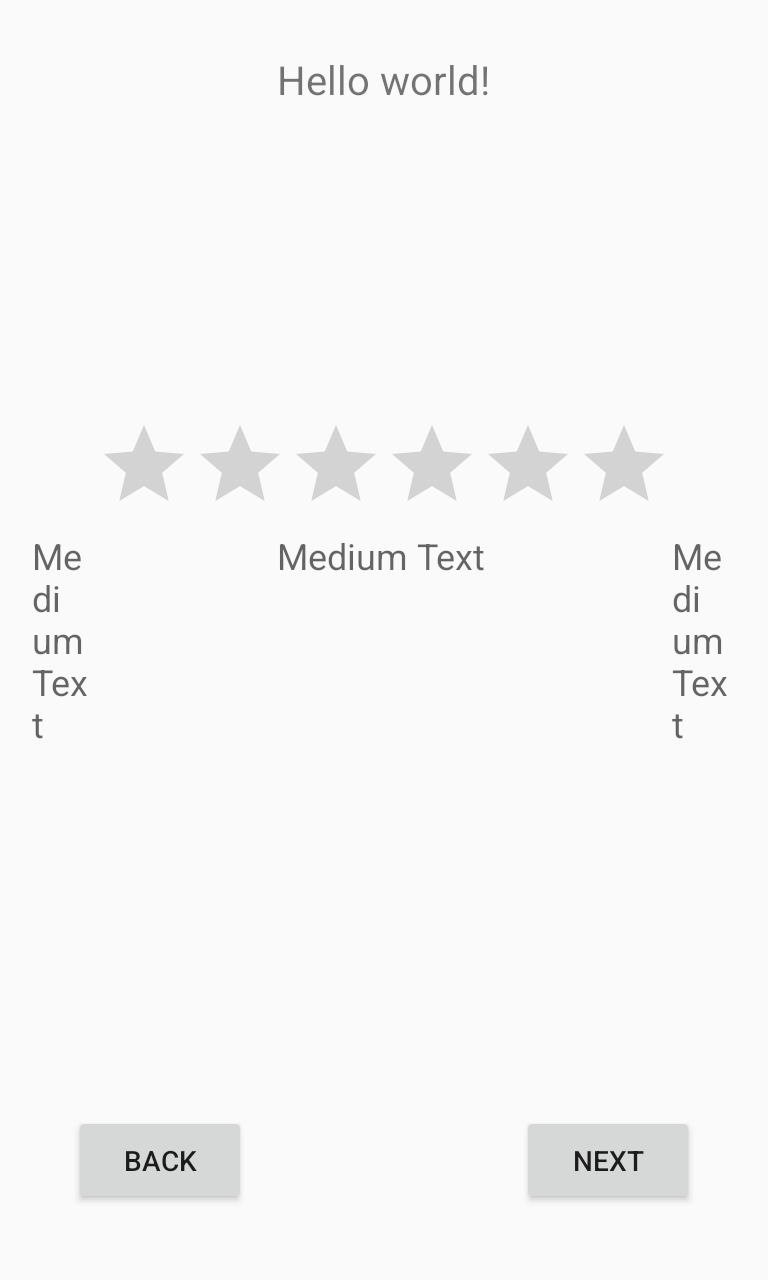
Repository: stevelyall/ERapp
Layout: ERsurvey/res/layout/activity_survey.xml
These files come from the project's save history. The layout is drawn as it stood at one moment and after the next save; the edit follows.
It is drawn on a 768 x 1280 px phone screen (xhdpi) without system bars, with theme AppTheme; the app's code is not run.

Above is the layout before, as saved 2014-10-25 06:43:50.

### ERsurvey/res/layout/activity_survey.xml
<RelativeLayout xmlns:android="http://schemas.android.com/apk/res/android"
    xmlns:tools="http://schemas.android.com/tools"
    android:layout_width="match_parent"
    android:layout_height="match_parent"
    android:paddingBottom="@dimen/activity_vertical_margin"
    android:paddingLeft="@dimen/activity_horizontal_margin"
    android:paddingRight="@dimen/activity_horizontal_margin"
    android:paddingTop="@dimen/activity_vertical_margin"
    tools:context="ca.stevenlyall.ersurvey.MainActivity" >

    <Button
        android:id="@+id/backButton"
        android:layout_width="wrap_content"
        android:layout_height="wrap_content"
        android:layout_alignParentBottom="true"
        android:layout_alignParentLeft="true"
        android:layout_marginBottom="20dp"
        android:layout_marginLeft="20dp"
        android:text="@string/back" />

    <Button
        android:id="@+id/nextButton"
        android:layout_width="wrap_content"
        android:layout_height="wrap_content"
        android:layout_alignBaseline="@id/backButton"
        android:layout_alignBottom="@id/backButton"
        android:layout_alignParentRight="true"
        android:layout_marginRight="20dp"
        android:text="@string/next" />

    <RatingBar
        android:id="@+id/rating"
        android:layout_width="wrap_content"
        android:layout_height="wrap_content"
        android:layout_above="@+id/lowDesc"
        android:layout_centerHorizontal="true"
        android:indeterminate="false"
        android:numStars="6"
        android:stepSize="1.0" />

    <TextView
        android:id="@+id/highDesc"
        android:layout_width="wrap_content"
        android:layout_height="wrap_content"
        android:layout_below="@+id/rating"
        android:layout_toRightOf="@+id/rating"
        android:text="Medium Text"
        android:textAppearance="?android:attr/textAppearanceMedium" />

    <TextView
        android:id="@+id/lowDesc"
        android:layout_width="wrap_content"
        android:layout_height="wrap_content"
        android:layout_centerVertical="true"
        android:layout_toLeftOf="@+id/rating"
        android:text="Medium Text"
        android:textAppearance="?android:attr/textAppearanceMedium" />

    <TextView
        android:id="@+id/medDesc"
        android:layout_width="wrap_content"
        android:layout_height="wrap_content"
        android:layout_alignLeft="@+id/questionTextView"
        android:layout_below="@+id/rating"
        android:text="Medium Text"
        android:textAppearance="?android:attr/textAppearanceMedium" />

    <TextView
        android:id="@+id/questionTextView"
        android:layout_width="wrap_content"
        android:layout_height="wrap_content"
        android:layout_alignParentTop="true"
        android:layout_centerHorizontal="true"
        android:layout_marginTop="10dp"
        android:gravity="center_horizontal"
        android:text="@string/hello_world"
        android:textSize="20sp" />

</RelativeLayout>

### ERsurvey/res/values/strings.xml
<?xml version="1.0" encoding="utf-8"?>
<resources>

    <string name="app_name">ERsurvey</string>
    <string name="hello_world">Hello world!</string>
    <string name="action_settings">Settings</string>
    <string name="back">Back</string>
    <string name="next">Next</string>

</resources>

Loaded but not shown: ERsurvey/res/values/styles.xml (common file); ERsurvey/res/values-v11/styles.xml (common file); ERsurvey/res/values-v14/styles.xml (common file); ERsurvey/res/values/dimens.xml (common file); ERsurvey/res/values-w820dp/dimens.xml (common file)

After the next save:
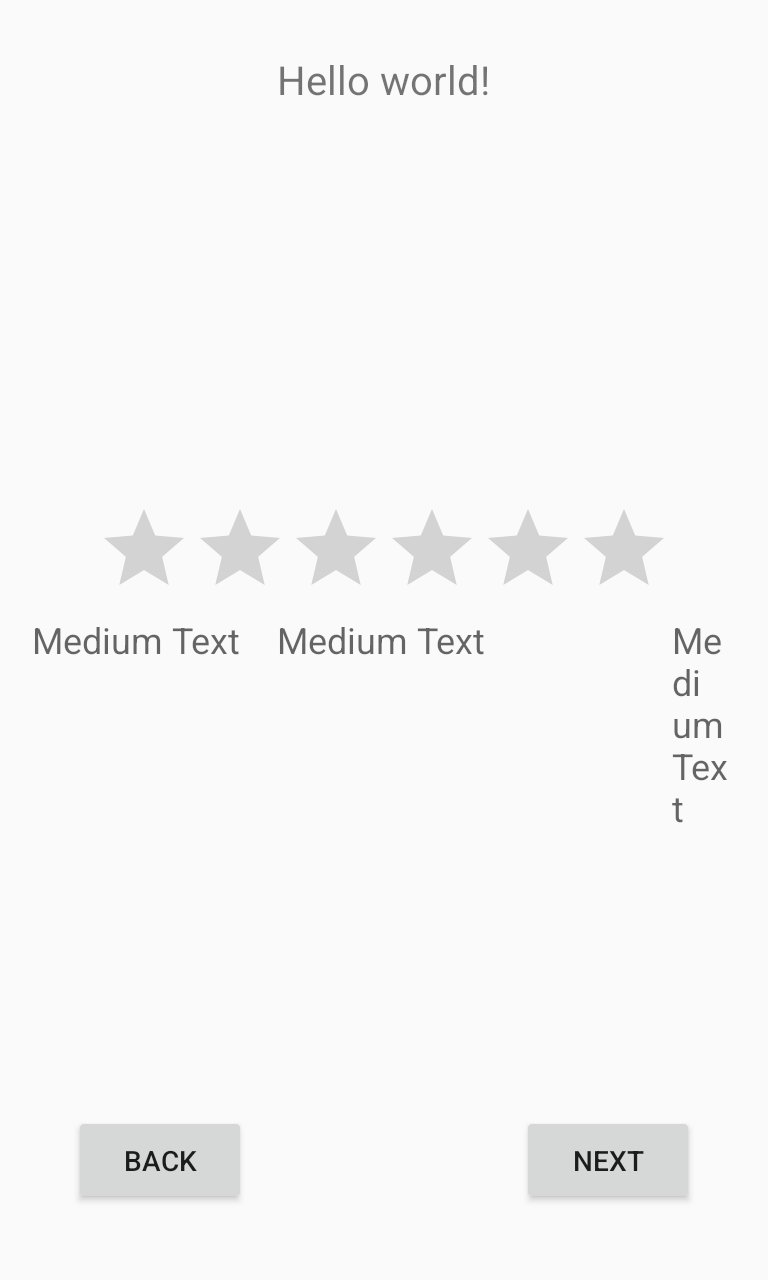
Saved 6 min 8 s later.
--- a/ERsurvey/res/layout/activity_survey.xml
+++ b/ERsurvey/res/layout/activity_survey.xml
@@ -51,17 +51,8 @@
         android:id="@+id/lowDesc"
         android:layout_width="wrap_content"
         android:layout_height="wrap_content"
+        android:layout_alignParentLeft="true"
         android:layout_centerVertical="true"
-        android:layout_toLeftOf="@+id/rating"
-        android:text="Medium Text"
-        android:textAppearance="?android:attr/textAppearanceMedium" />
-
-    <TextView
-        android:id="@+id/medDesc"
-        android:layout_width="wrap_content"
-        android:layout_height="wrap_content"
-        android:layout_alignLeft="@+id/questionTextView"
-        android:layout_below="@+id/rating"
         android:text="Medium Text"
         android:textAppearance="?android:attr/textAppearanceMedium" />
 
@@ -76,4 +67,13 @@
         android:text="@string/hello_world"
         android:textSize="20sp" />
 
+    <TextView
+        android:id="@+id/medDesc"
+        android:layout_width="wrap_content"
+        android:layout_height="wrap_content"
+        android:layout_alignLeft="@+id/questionTextView"
+        android:layout_below="@+id/rating"
+        android:text="Medium Text"
+        android:textAppearance="?android:attr/textAppearanceMedium" />
+
 </RelativeLayout>
